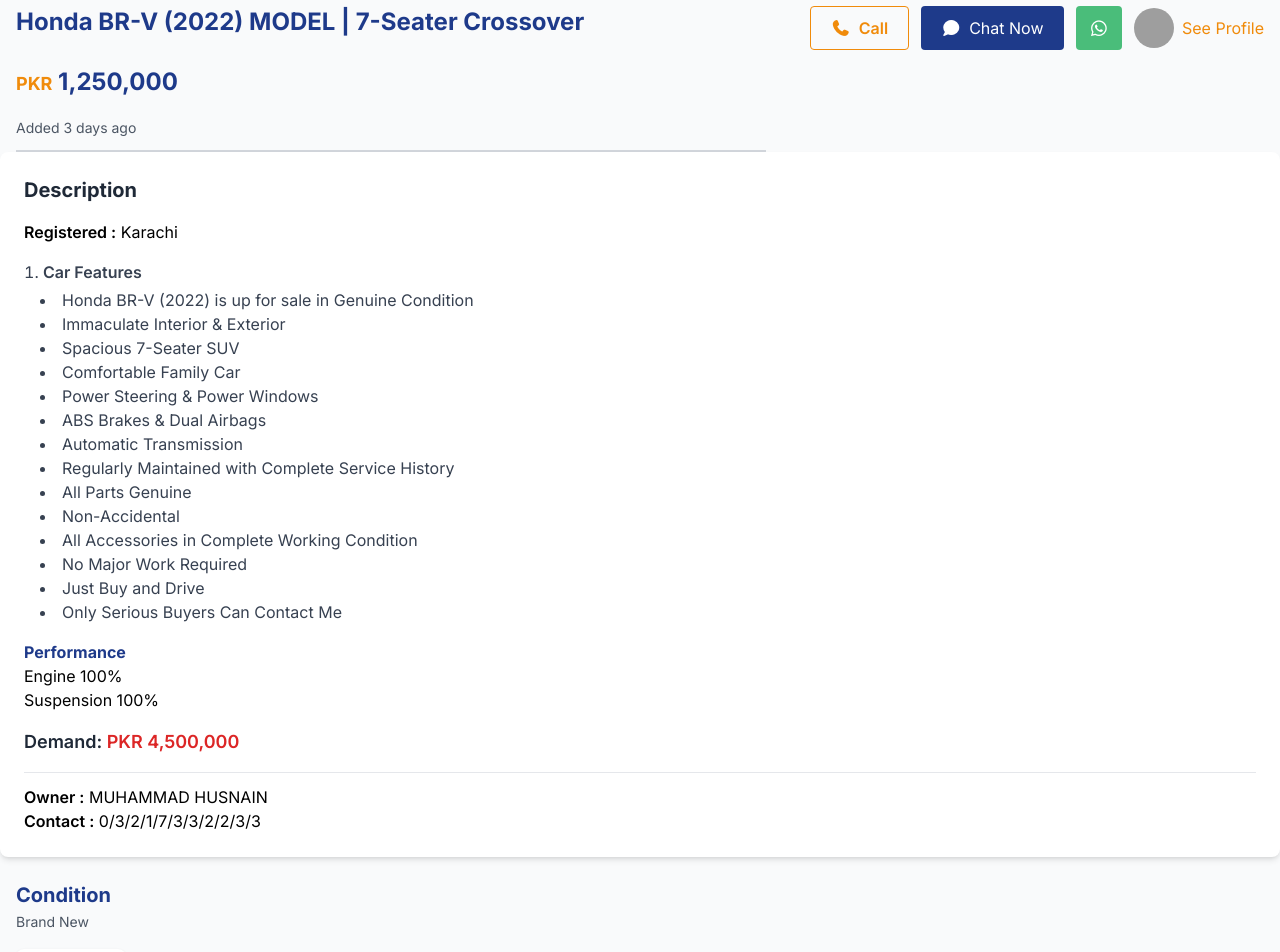
Repository: ARFA-SAEED/miljayega
Page: src/motorsPage/bikes_1.html
An editor plug-in stored every save of this project. The page is shown before and after the next save, followed by the edit.
The browser window is 1280 px wide. The pictures show the part of the page from y = 651 to 1603 px (the page is 2666 px tall before and 2598 px after).
Pictures or frames that could not be fetched are drawn as grey boxes. A picture or video elsewhere on the page could not be fetched, so the positions and the page height are approximate. Some web fonts or font styles are not loaded; a fallback is used. Some web libraries are served in a nearby version.

Above is the page before, as saved 2025-08-25 13:23:47.

After the next save:
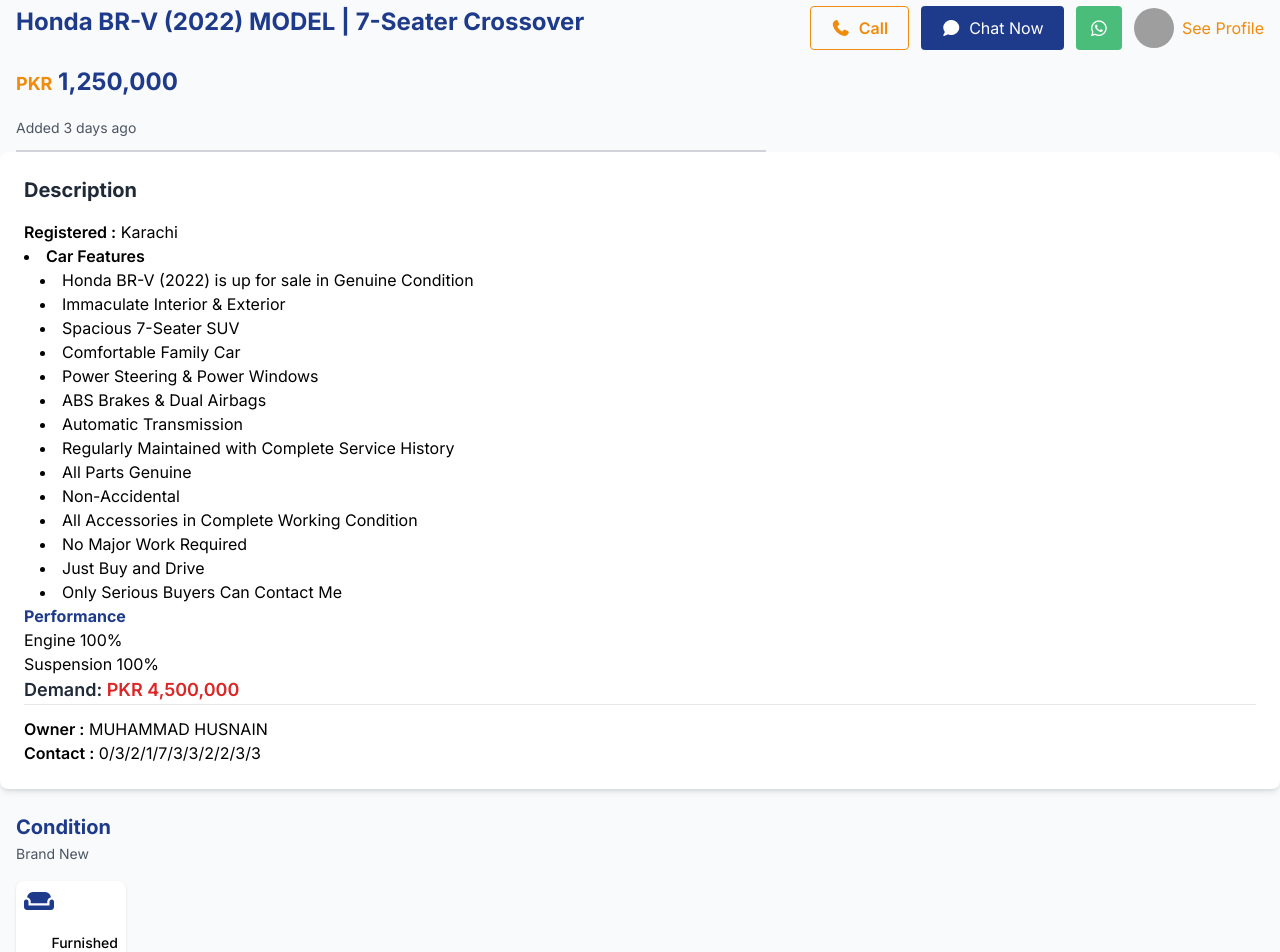
Saved 43 s later.
--- a/src/motorsPage/bikes_1.html
+++ b/src/motorsPage/bikes_1.html
@@ -151,7 +151,7 @@
 
         <p><span class="font-semibold">Registered :</span> Karachi</p>
 
-        <ol class="list-decimal list-inside space-y-1 text-gray-700">
+        <class="list-decimal list-inside space-y-1 text-gray-700">
             <li><span class="font-semibold">Car Features</span></li>
             <ul class="list-disc list-inside ml-4">
                 <li>Honda BR-V (2022) is up for sale in Genuine Condition</li>
@@ -169,19 +169,19 @@
                 <li>Just Buy and Drive</li>
                 <li>Only Serious Buyers Can Contact Me</li>
             </ul>
-        </ol>
-
-        <div>
-            <h4 class="font-bold text-blue-900">Performance</h4>
-            <p>Engine 100% <br> Suspension 100%</p>
-        </div>
-
-        <p class="text-lg font-semibold text-gray-800">Demand: <span class="text-red-600">PKR 4,500,000</span></p>
-
-        <div class="border-t pt-3">
-            <p><span class="font-semibold">Owner :</span> MUHAMMAD HUSNAIN</p>
-            <p><span class="font-semibold">Contact :</span> 0/3/2/1/7/3/3/2/2/3/3</p>
-        </div>
+            </ol>
+
+            <div>
+                <h4 class="font-bold text-blue-900">Performance</h4>
+                <p>Engine 100% <br> Suspension 100%</p>
+            </div>
+
+            <p class="text-lg font-semibold text-gray-800">Demand: <span class="text-red-600">PKR 4,500,000</span></p>
+
+            <div class="border-t pt-3">
+                <p><span class="font-semibold">Owner :</span> MUHAMMAD HUSNAIN</p>
+                <p><span class="font-semibold">Contact :</span> 0/3/2/1/7/3/3/2/2/3/3</p>
+            </div>
     </div>
 
 

After the save that followed:
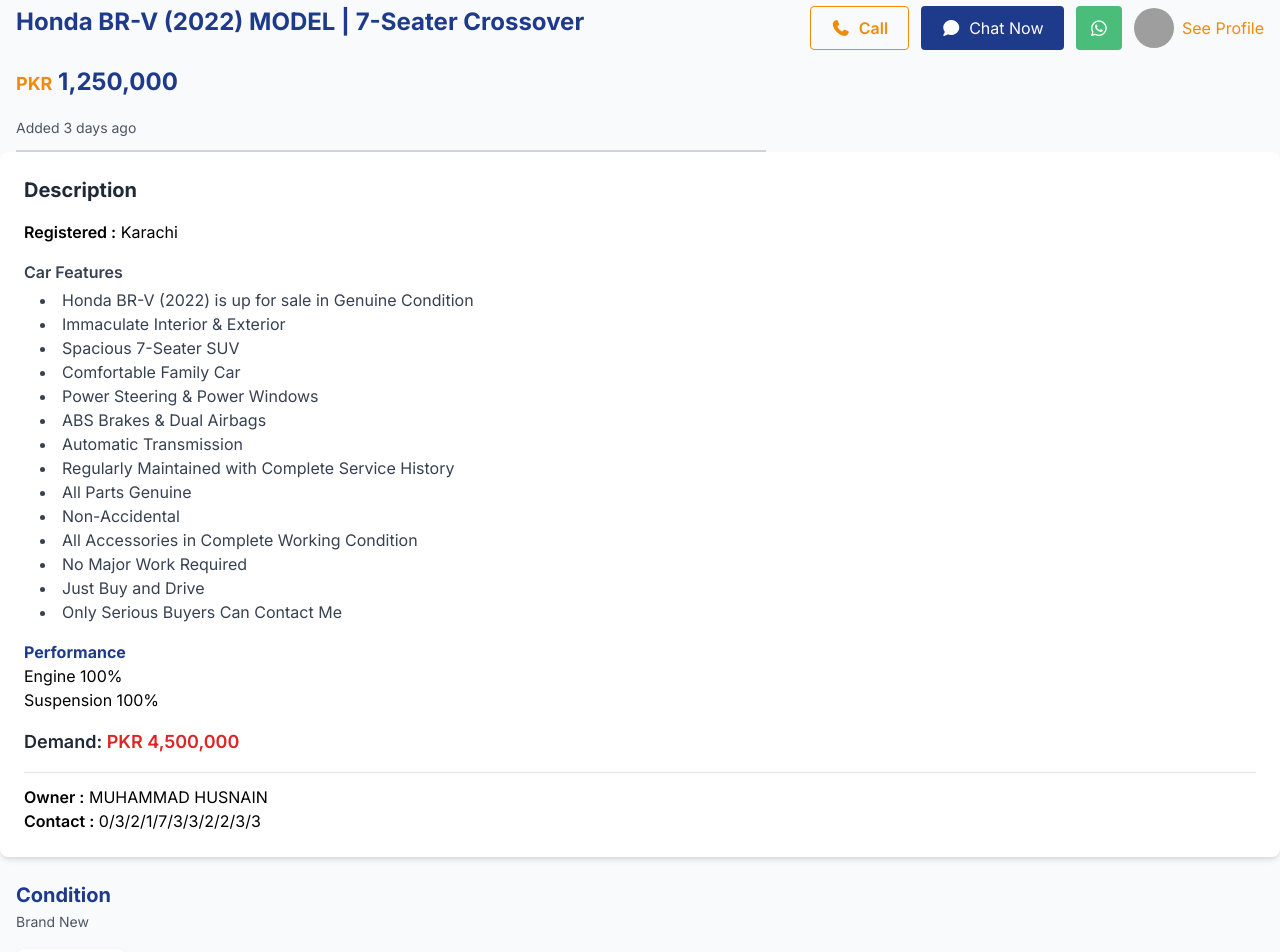
Saved 19 s later.
--- a/src/motorsPage/bikes_1.html
+++ b/src/motorsPage/bikes_1.html
@@ -151,7 +151,7 @@
 
         <p><span class="font-semibold">Registered :</span> Karachi</p>
 
-        <class="list-decimal list-inside space-y-1 text-gray-700">
+        <ol class="list-style-type-non list-inside space-y-1 text-gray-700">
             <li><span class="font-semibold">Car Features</span></li>
             <ul class="list-disc list-inside ml-4">
                 <li>Honda BR-V (2022) is up for sale in Genuine Condition</li>
@@ -169,19 +169,19 @@
                 <li>Just Buy and Drive</li>
                 <li>Only Serious Buyers Can Contact Me</li>
             </ul>
-            </ol>
-
-            <div>
-                <h4 class="font-bold text-blue-900">Performance</h4>
-                <p>Engine 100% <br> Suspension 100%</p>
-            </div>
-
-            <p class="text-lg font-semibold text-gray-800">Demand: <span class="text-red-600">PKR 4,500,000</span></p>
-
-            <div class="border-t pt-3">
-                <p><span class="font-semibold">Owner :</span> MUHAMMAD HUSNAIN</p>
-                <p><span class="font-semibold">Contact :</span> 0/3/2/1/7/3/3/2/2/3/3</p>
-            </div>
+        </ol>
+
+        <div>
+            <h4 class="font-bold text-blue-900">Performance</h4>
+            <p>Engine 100% <br> Suspension 100%</p>
+        </div>
+
+        <p class="text-lg font-semibold text-gray-800">Demand: <span class="text-red-600">PKR 4,500,000</span></p>
+
+        <div class="border-t pt-3">
+            <p><span class="font-semibold">Owner :</span> MUHAMMAD HUSNAIN</p>
+            <p><span class="font-semibold">Contact :</span> 0/3/2/1/7/3/3/2/2/3/3</p>
+        </div>
     </div>
 
 
